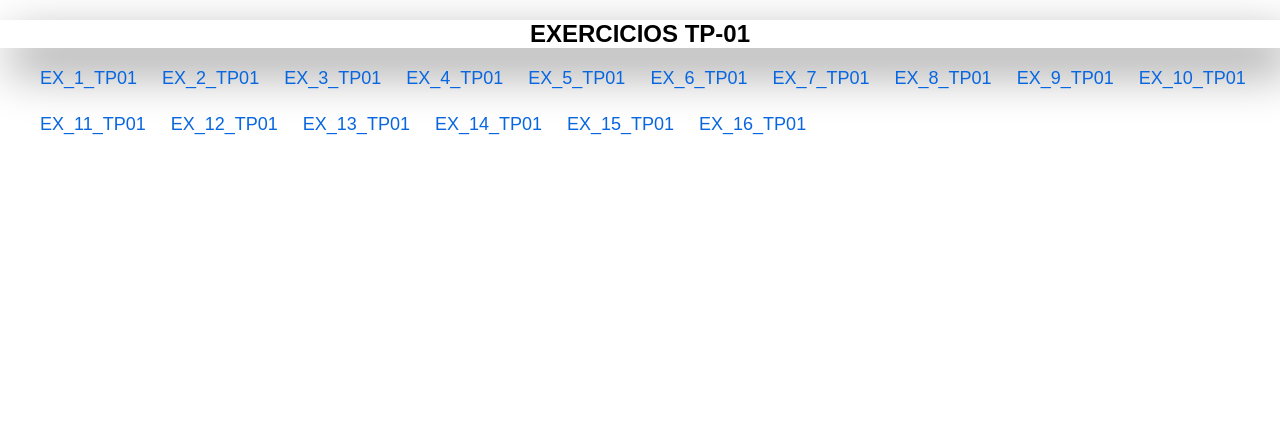
Repository: Elianmrey/TP1-Mobile-First
Page: index.html
The author's editor kept a copy of each file at every save. The page is drawn from the files as they stood at one save, then again after the next save.
The browser window is 1280 px wide. The pictures show the whole page.

Above is the page before, as saved 2024-08-05 10:48:03.

### index.html
<!DOCTYPE html>
<html lang="en">
<head>
  <link href="style.css" rel="stylesheet" type="text/css" />
  <meta charset="UTF-8">
  <meta name="viewport" content="width=device-width, initial-scale=1.0">
  <title>Document</title>
</head>
<body>
<div class="titulo">
  <h2 class="home-titulo">EXERCICIOS TP-01</h2>
</div>
  <div class="container">
<ul class="menu">
  <li class="element"><a href="EXERCISES/EX_1/index.html" class="home-link">EX_1_TP01</a></li>
  <li class="element"><a href="EXERCISES/EX_2/index.html" class="home-link">EX_2_TP01</a></li>
  <li class="element"><a href="EXERCISES/EX_3/index.html" class="home-link">EX_3_TP01</a></li>
  <li class="element"><a href="EXERCISES/EX_4/index.html" class="home-link">EX_4_TP01</a></li>
  <li class="element"><a href="EXERCISES/EX_5/index.html" class="home-link">EX_5_TP01</a></li>
  <li class="element"><a href="EXERCISES/EX_6/index.html" class="home-link">EX_6_TP01</a></li>
  <li class="element"><a href="EXERCISES/EX_7/index.html" class="home-link">EX_7_TP01</a></li>
  <li class="element"><a href="EXERCISES/EX_8/index.html" class="home-link">EX_8_TP01</a></li>
  <li class="element"><a href="EXERCISES/EX_9/index.html" class="home-link">EX_9_TP01</a></li>
  <li class="element"><a href="EXERCISES/EX_10/index.html" class="home-link">EX_10_TP01</a></li>
  <li class="element"><a href="EXERCISES/EX_11/index.html" class="home-link">EX_11_TP01</a></li>
  <li class="element"><a href="EXERCISES/EX_12/index.html" class="home-link">EX_12_TP01</a></li>
  <li class="element"><a href="EXERCISES/EX_13/index.html" class="home-link">EX_13_TP01</a></li>
  <li class="element"><a href="EXERCISES/EX_14/index.html" class="home-link">EX_14_TP01</a></li>
  <li class="element"><a href="EXERCISES/EX_15/index.html" class="home-link">EX_15_TP01</a></li>
  <li class="element"><a href="EXERCISES/EX_16/index.html" class="home-link">EX_16_TP01</a></li>

  </div>





</body>
</html>

### style.css
body
{
  margin: 0;
  padding: 0;
  font-family: sans-serif;
}

.titulo
{
  text-align: center;
 }
 .home-titulo{
  display: block;
  box-shadow:  10px 20px 50px  gray;
 }
.menu
{
  list-style: none;
  display: flex;
  flex-wrap: wrap;
  gap: 25px;
}
.element:hover
{
background-color: rgb(143, 34, 216);
border: groove 4px indigo;
padding: 5px;
border-radius: 10px;

transition: all 0.2s;
}

.home-link{
  color: rgb(8, 102, 224);
  text-decoration: none;
  font-size: large;
}
.home-link:hover
{
color:white;
}

After the next save:
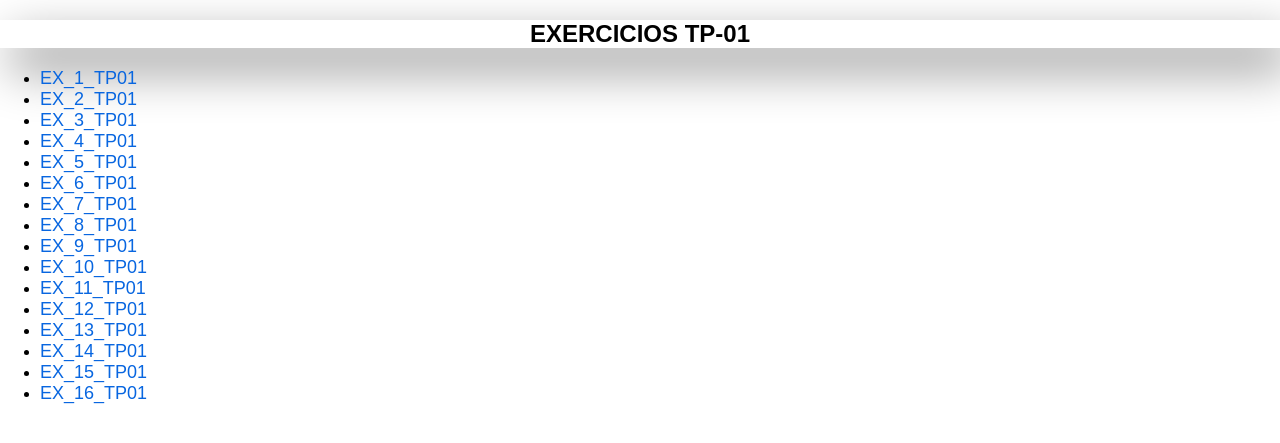
Saved 3 h 22 min later.
--- a/index.html
+++ b/index.html
@@ -11,7 +11,7 @@
   <h2 class="home-titulo">EXERCICIOS TP-01</h2>
 </div>
   <div class="container">
-<ul class="menu">
+<ul class="men">
   <li class="element"><a href="EXERCISES/EX_1/index.html" class="home-link">EX_1_TP01</a></li>
   <li class="element"><a href="EXERCISES/EX_2/index.html" class="home-link">EX_2_TP01</a></li>
   <li class="element"><a href="EXERCISES/EX_3/index.html" class="home-link">EX_3_TP01</a></li>

After the save that followed:
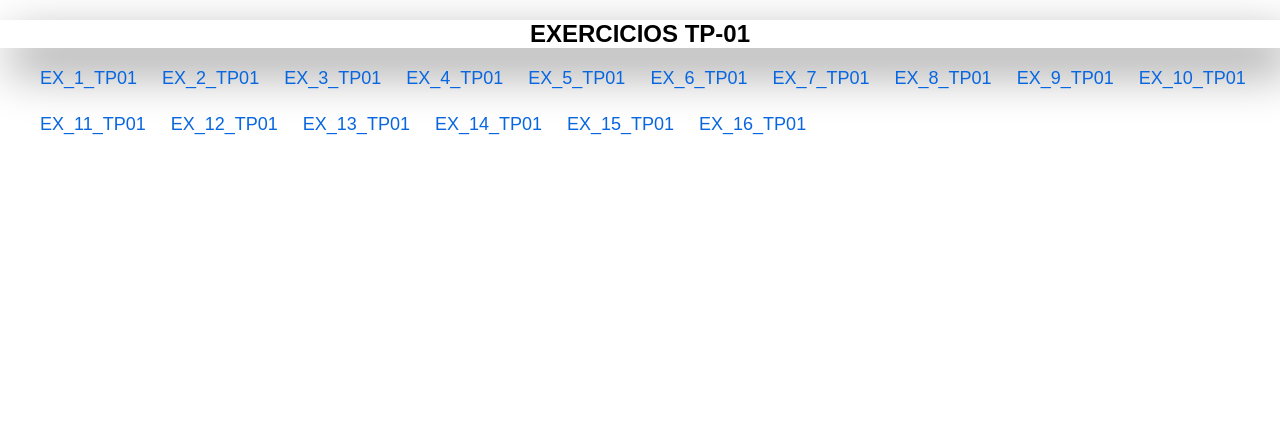
Saved 43 s later.
--- a/index.html
+++ b/index.html
@@ -11,7 +11,7 @@
   <h2 class="home-titulo">EXERCICIOS TP-01</h2>
 </div>
   <div class="container">
-<ul class="men">
+<ul class="menu">
   <li class="element"><a href="EXERCISES/EX_1/index.html" class="home-link">EX_1_TP01</a></li>
   <li class="element"><a href="EXERCISES/EX_2/index.html" class="home-link">EX_2_TP01</a></li>
   <li class="element"><a href="EXERCISES/EX_3/index.html" class="home-link">EX_3_TP01</a></li>
